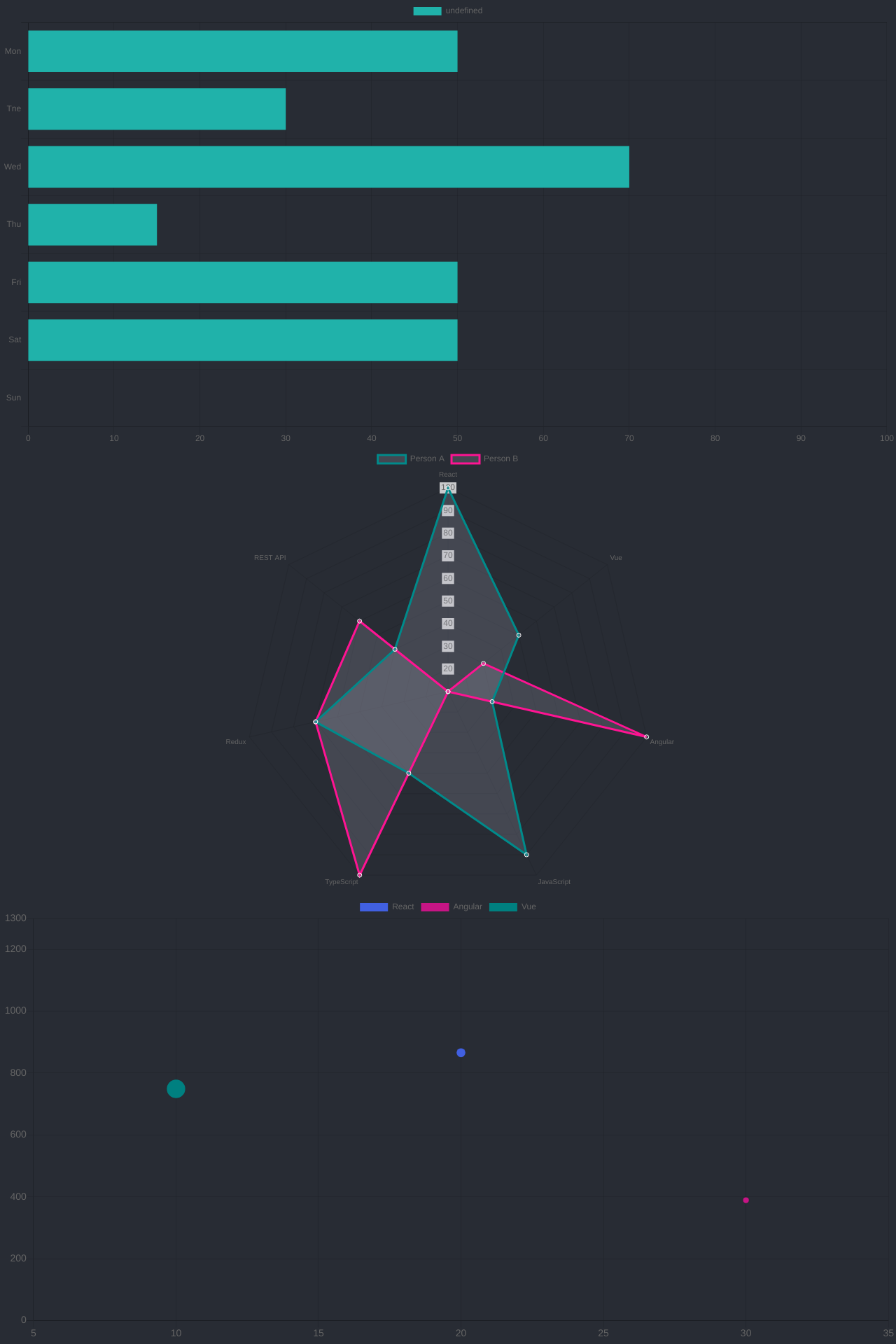
Repository: ShunsukeTanizaki/COVID19-Live
Page: /
An editor plug-in stored every save of this project. The page is shown before and after the next save, followed by the edit.
The browser window is 1280 px wide. The pictures show the part of the page from y = 2560 to 4480 px (the page is 4480 px tall), at 70% of full size.
The project was rebuilt for these pictures with package versions that can differ from the ones it lists, and the page was loaded fresh each time.

Above is the page before, as saved 2020-11-06 00:54:57.

### src/App.tsx
import React from "react";
// import logo from "./logo.svg";
import "./App.css";
import LinePlot from "./components/LinePlot";
import PiePlot from "./components/PiePlot";
import BarPlot from "./components/BarPlot";
import RaderPlot from "./components/RaderPlot";
import BubblePlot from "./components/BubblePlot";

function App() {
    return (
        <div className="App">
            <LinePlot />
            <PiePlot />
            <BarPlot />
            <RaderPlot />
            <BubblePlot />
        </div>
    );
}

export default App;

### src/App.css
.App {
    background-color: #282c34;
    text-align: center;
}

.App-logo {
    height: 40vmin;
    pointer-events: none;
}

@media (prefers-reduced-motion: no-preference) {
    .App-logo {
        animation: App-logo-spin infinite 20s linear;
    }
}

.App-header {
    background-color: #282c34;
    min-height: 100vh;
    display: flex;
    flex-direction: column;
    align-items: center;
    justify-content: center;
    font-size: calc(10px + 2vmin);
    color: white;
}

.App-link {
    color: #61dafb;
}

@keyframes App-logo-spin {
    from {
        transform: rotate(0deg);
    }
    to {
        transform: rotate(360deg);
    }
}

### src/components/LinePlot.tsx
import React from "react";
import { Line } from "react-chartjs-2";

const data = {
    labels: ["Mon", "Tne", "Wed", "Thu", "Fri", "Sat", "Sun"],
    datasets: [
        {
            label: "Demo Line plot",
            backgroundColor: "#008080",
            borderColor: "#7fffd4",
            pointBorderWidth: 10,
            data: [1, 6, 9, 15, 30, 40, 80]
        }
    ]
};

const LinePlot: React.FC = () => {
    return (
        <div>
            <Line data={data} />
        </div>
    );
};

export default LinePlot;

### src/components/PiePlot.tsx
import React from "react";
import { Pie, Doughnut } from "react-chartjs-2";

const data = {
    labels: ["Windows", "Mac", "Linux"],
    datasets: [
        {
            data: [90, 7, 3],
            backgroundColor: ["#4196e1", "#ff1493", "#FFCE56"],
            hoverBackgroundColor: ["#36A2BE", "#FF6384", "#FFCE56"],
            borderColor: ["transparent", "transparent", "transparent"]
        }
    ]
};

const PiePlot: React.FC = () => {
    return (
        <div>
            <Pie data={data} />
            <Doughnut data={data} />
        </div>
    );
};

export default PiePlot;

### src/components/BarPlot.tsx
import React from "react";
import { Bar, HorizontalBar } from "react-chartjs-2";

const data = {
    labels: ["Mon", "Tne", "Wed", "Thu", "Fri", "Sat", "Sun"],
    datasets: [
        {
            labsl: "Demo bdr plot",
            backgroundColor: "#20b2aa",
            borderColor: "transParent",
            hoverBackgroundColor: "#5f9ea0",
            data: [50, 30, 70, 15, 50, 50, 0, 100]
        }
    ]
};

const BarPlot: React.FC = () => {
    return (
        <div>
            <Bar data={data} />
            <HorizontalBar data={data} />
        </div>
    );
};

export default BarPlot;

### src/components/RaderPlot.tsx
import React from "react";
import { Radar } from "react-chartjs-2";

const data = {
    labels: [
        "React",
        "Vue",
        "Angular",
        "JavaScript",
        "TypeScript",
        "Redux",
        "REST API"
    ],
    datasets: [
        {
            label: "Person A",
            backgroundColor: "rgba(179,181,198,0.2)",
            borderColor: "#008b8b",
            pointBackgloundColor: "#008b8b",
            pointBorderColor: "#fff",
            data: [100, 50, 30, 90, 50, 70, 40]
        },
        {
            label: "Person B",
            backgroundColor: "rgba(179,181,198,0.2)",
            borderColor: "#ff1493",
            pointBackgloundColor: "#ff1493",
            pointBorderColor: "#fff",
            data: [10, 30, 100, 10, 100, 70, 60]
        }
    ]
};
const RaderPlot: React.FC = () => {
    return (
        <div>
            <Radar data={data} />
        </div>
    );
};

export default RaderPlot;

### src/components/BubblePlot.tsx
import React from "react";
import { Bubble } from "react-chartjs-2";

const data = {
    datasets: [
        {
            label: "React",
            backgroundColor: "#4160e1",
            borderColor: "transparent",
            data: [{ x: 20, y: 866, r: 635000 / 100000 }]
        },
        {
            label: "Angular",
            backgroundColor: "#c71585",
            borderColor: "transparent",
            data: [{ x: 30, y: 389, r: 410000 / 100000 }]
        },
        {
            label: "Vue",
            backgroundColor: "#008080",
            borderColor: "transparent",
            data: [{ x: 10, y: 749, r: 1320000 / 100000 }]
        }
    ]
};

const options = {
    title: {
        displey: true,
        fontsize: 18,
        text: "NPM downloads comparison (global)"
    },
    scales: {
        yAxes: [
            {
                scaleLabal: {
                    display: true,
                    labelString: "Number of job offer LinkedIn (Japan)",
                    fontSize: 18
                },
                ticks: {
                    min: 0,
                    max: 1300,
                    fontSize: 14
                }
            }
        ],
        xAxes: [
            {
                scaleLabal: {
                    display: true,
                    labelString: "Learning Cost",
                    fontSize: 18
                },
                ticks: {
                    min: 5,
                    max: 35,
                    fontSize: 14
                }
            }
        ]
    }
};

const BubblePlot: React.FC = () => {
    return (
        <div>
            <Bubble data={data} options={options} />
        </div>
    );
};

export default BubblePlot;

Loaded but not shown: public/index.html (common file); src/index.tsx (common file); src/index.css (common file); src/reportWebVitals.ts (common file)

After the next save:
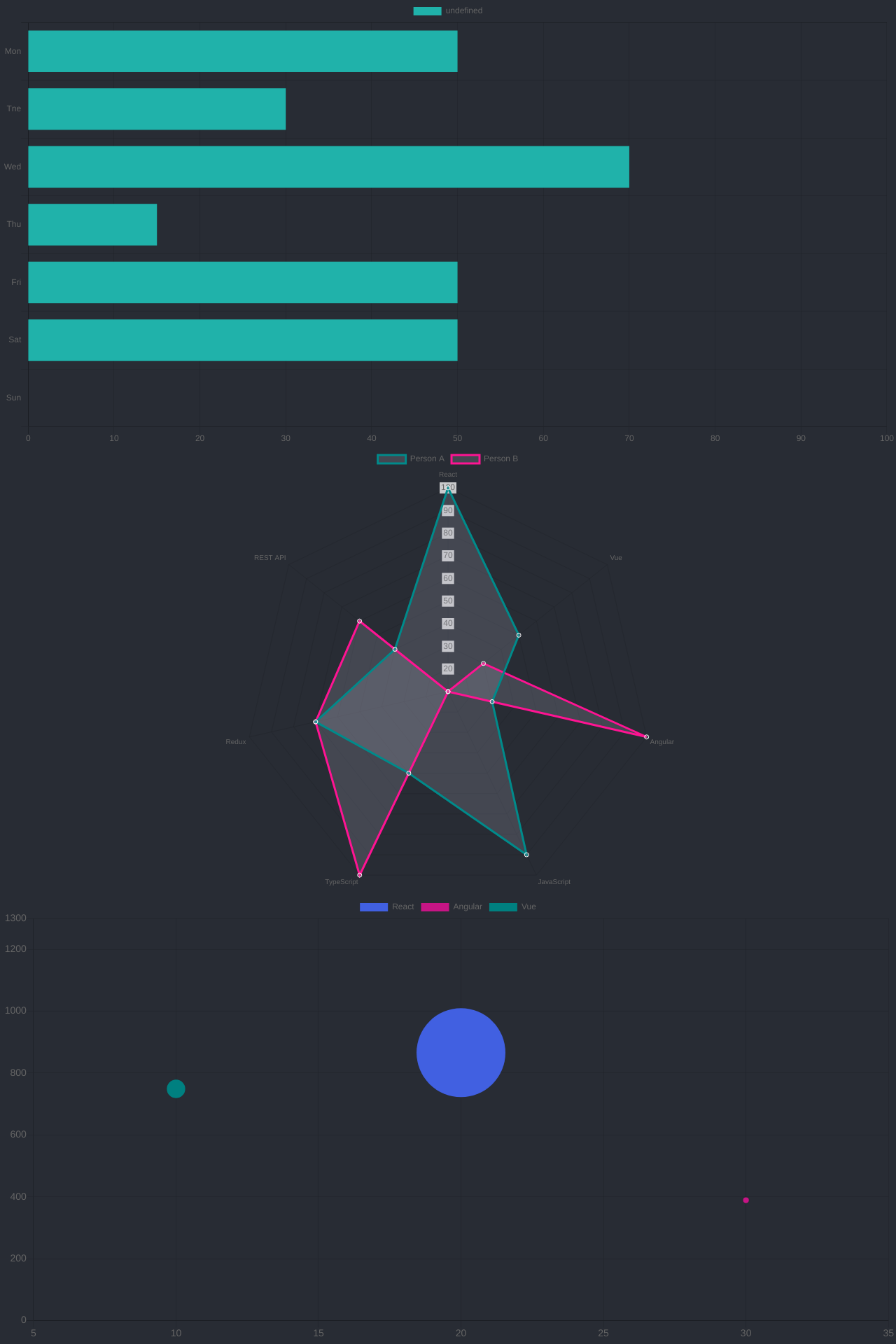
Saved 83 s later.
--- a/src/components/BubblePlot.tsx
+++ b/src/components/BubblePlot.tsx
@@ -7,7 +7,7 @@ const data = {
             label: "React",
             backgroundColor: "#4160e1",
             borderColor: "transparent",
-            data: [{ x: 20, y: 866, r: 635000 / 100000 }]
+            data: [{ x: 20, y: 866, r: 6350000 / 100000 }]
         },
         {
             label: "Angular",
